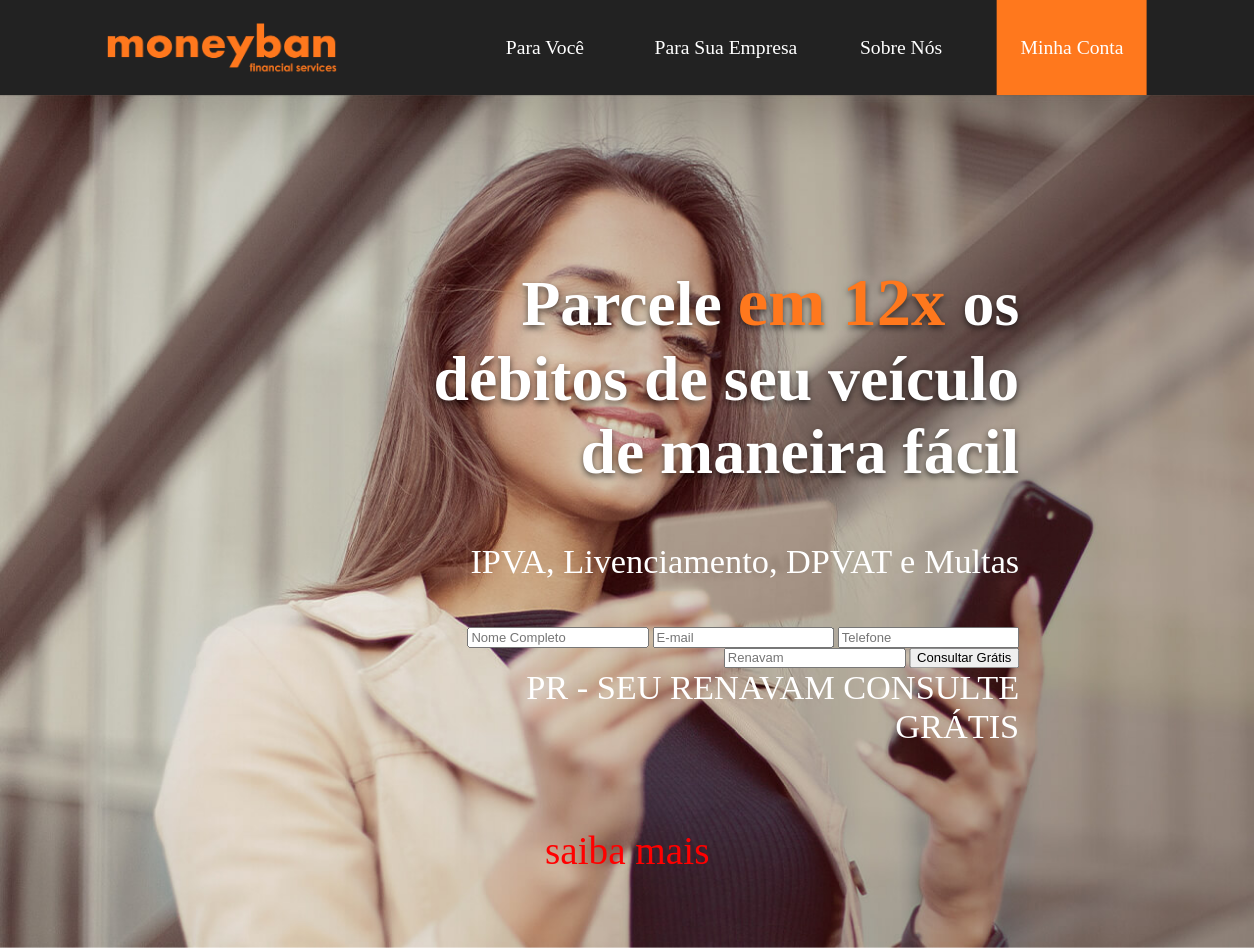
Repository: IvanCardoso91/moneyban
Page: index.html
These files come from the project's save history. The page is drawn as it stood at one moment and after the next save; the edit follows.
The browser window is 1280 px wide. The pictures show the whole page, at 98% of full size.
Some icons come from a web library that is not loaded, so they are not drawn. Some web fonts or font styles are not loaded; a fallback is used.

Above is the page before, as saved 2020-12-15 16:42:05.

After the next save:
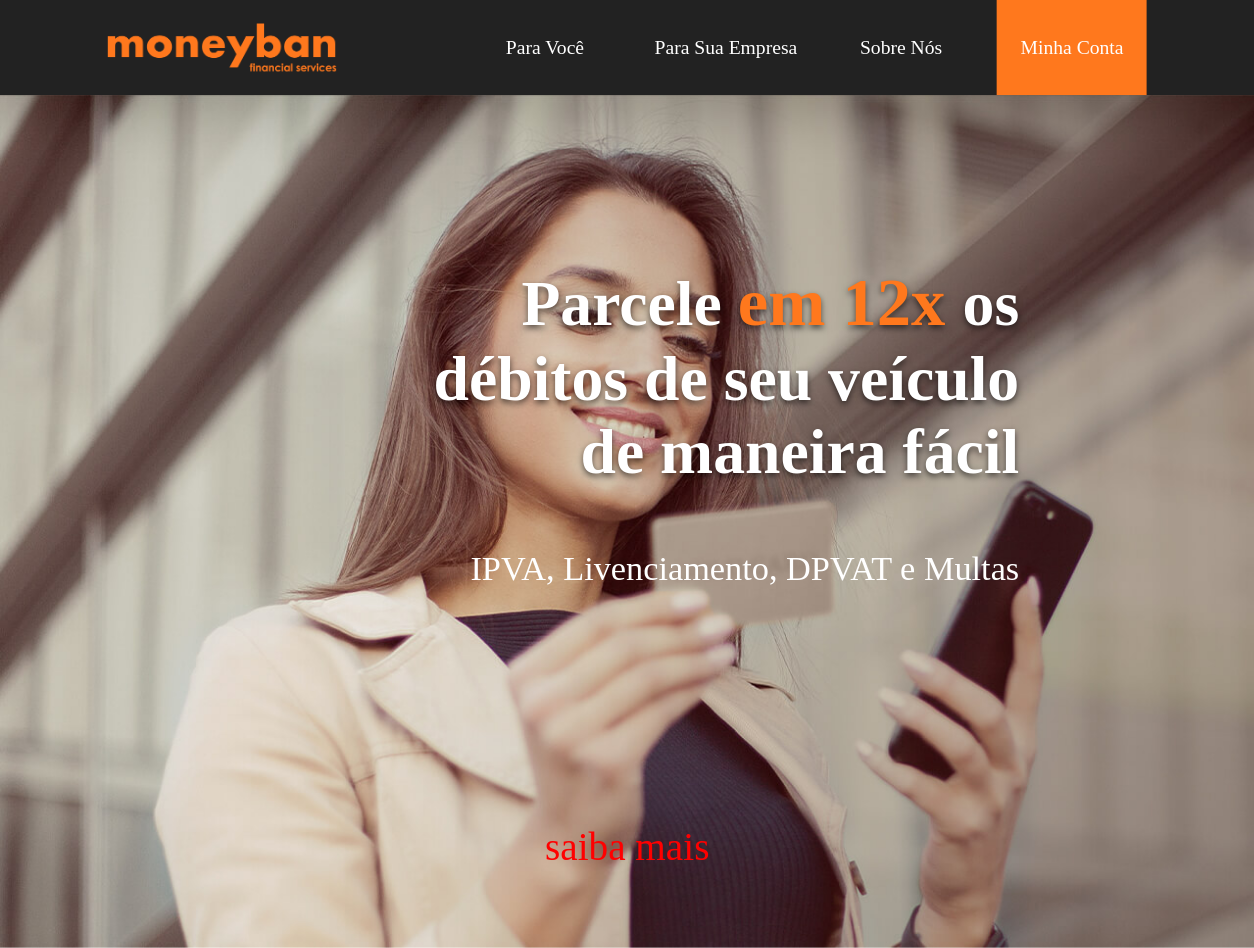
Saved 105 min 59 s later.
--- a/index.html
+++ b/index.html
@@ -52,16 +52,7 @@
             <span class="right-side-text2">IPVA, Livenciamento, DPVAT e Multas</span>
         </div>
         <div class="right-side-box3">
-            <form method="post" action="https://consulta.moneyban.com.br/licenciamento.php" name="form">
-                <input type="text" placeholder="Nome Completo" name="cnome">
-                <input type="email" placeholder="E-mail" name="cemail">
-                <input type="tel" placeholder="Telefone" name="cphone">
-                <input type="text" placeholder="Renavam" id="renavam" name="crenavam" maxlength="11">
-                <input type="hidden" name="cparceiro" value="">
-                <input type="hidden" name="cuf" value="PR">
-                <button type="submit">Consultar Grátis</button>
-            </form>
-            <span class="right-side-text2">PR - SEU RENAVAM CONSULTE GRÁTIS</span>
+
         </div>
         <div class="center-know-more">
             saiba mais
